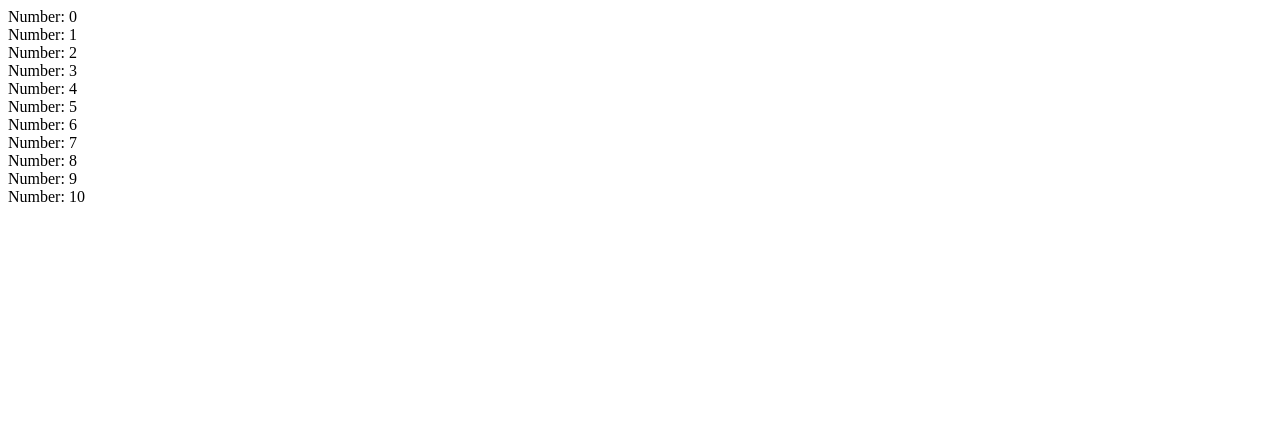
Repository: Matiss1337/PHP
Page: http://localhost/05_loops.php
An editor plug-in stored every save of this project. The page is shown before and after a run of saves, followed by the edit.
The browser window is 1280 px wide. The pictures show the whole page.
The page is run by PHP 8.4 with error messages shown; the project is at /var/www/html/.

Above is the page before, as saved 2023-02-14 12:28:12.

After the next 2 saves:
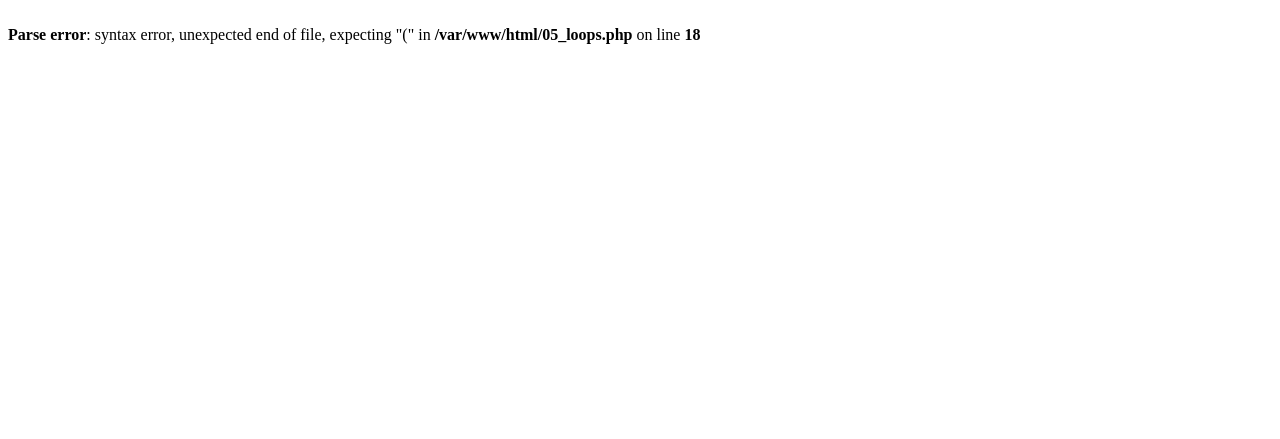
The 2 saves are shown as one change because they came seconds apart.
The last was saved 9 s later.
--- a/05_loops.php
+++ b/05_loops.php
@@ -14,3 +14,5 @@
 for ($x = 0; $x <= 10; $x++) {
   echo "Number: $x <br>";
 }
+
+for

After the save that followed:
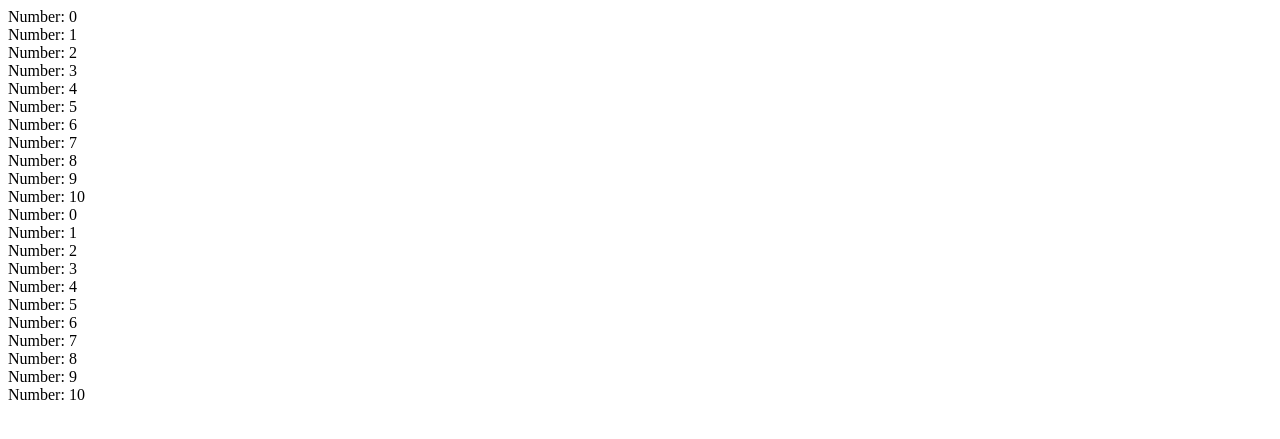
Saved 12 s later.
--- a/05_loops.php
+++ b/05_loops.php
@@ -15,4 +15,6 @@ for ($x = 0; $x <= 10; $x++) {
   echo "Number: $x <br>";
 }
 
-for
+for ($x = 0; $x <= 10; $x++) {
+  echo "Number: $x <br>";
+}
